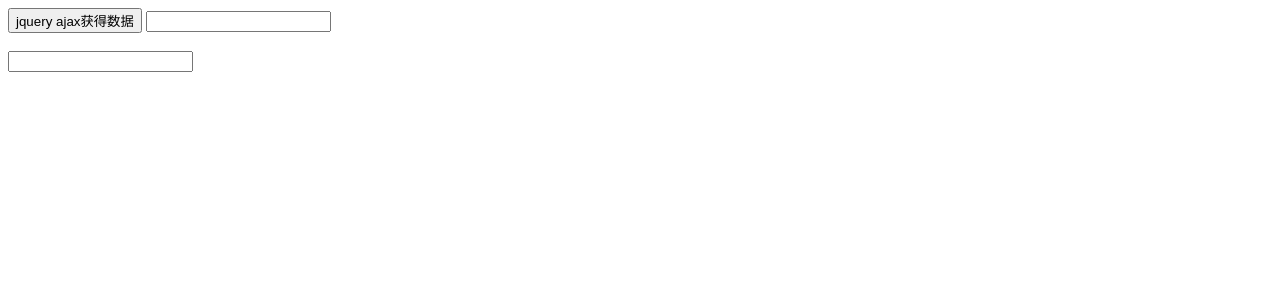
Repository: jsjchai/springmvc_study
Page: http://localhost/jquery02_ajax_json/post.jsp
An editor plug-in stored every save of this project. The page is shown before and after the next save, followed by the edit.
The browser window is 1280 px wide. The pictures show the whole page.
The page is served by Tomcat 9. Other server files are loaded and not shown.

Above is the page before, as saved 2015-04-08 15:33:00.

### springmvc/jquery/jquery02_ajax_json/WebContent/post.jsp
<%@ page language="java" contentType="text/html; charset=utf-8"
    pageEncoding="utf-8"%>
<!DOCTYPE html PUBLIC "-//W3C//DTD HTML 4.01 Transitional//EN" "http://www.w3.org/TR/html4/loose.dtd">
<html>
<head>
<meta http-equiv="Content-Type" content="text/html; charset=utf-8">
<script type="text/javascript" src="${pageContext.request.contextPath}/js/jquery-1.11.2.js"></script>
<script type="text/javascript">
	$(document).ready(function(){

		$("#b1").click(function(){
			$.post("jqueryServlet?action=post",{"name":"张三","age":25});
		});
	});
</script>
<title></title>
</head>
<body>
	<input type="button" id="b1" value="jquery ajax获得数据">
	<input type="text" id="name"><br><br>
	<input type="text" id="age">
</body>
</html>

Loaded but not shown: springmvc/jquery/jquery02_ajax_json/WebContent/js/jquery-1.11.2.js (library)

After the next save:
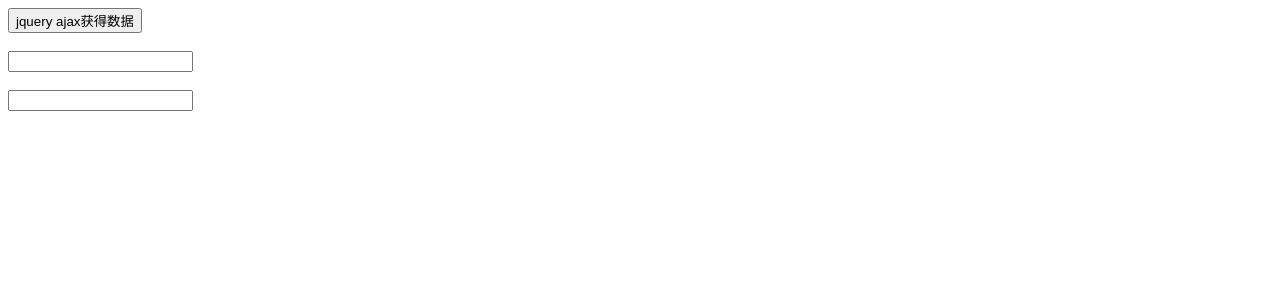
Saved 49 s later.
--- a/springmvc/jquery/jquery02_ajax_json/WebContent/post.jsp
+++ b/springmvc/jquery/jquery02_ajax_json/WebContent/post.jsp
@@ -16,7 +16,7 @@
 <title></title>
 </head>
 <body>
-	<input type="button" id="b1" value="jquery ajax获得数据">
+	<input type="button" id="b1" value="jquery ajax获得数据"><br><br>
 	<input type="text" id="name"><br><br>
 	<input type="text" id="age">
 </body>
